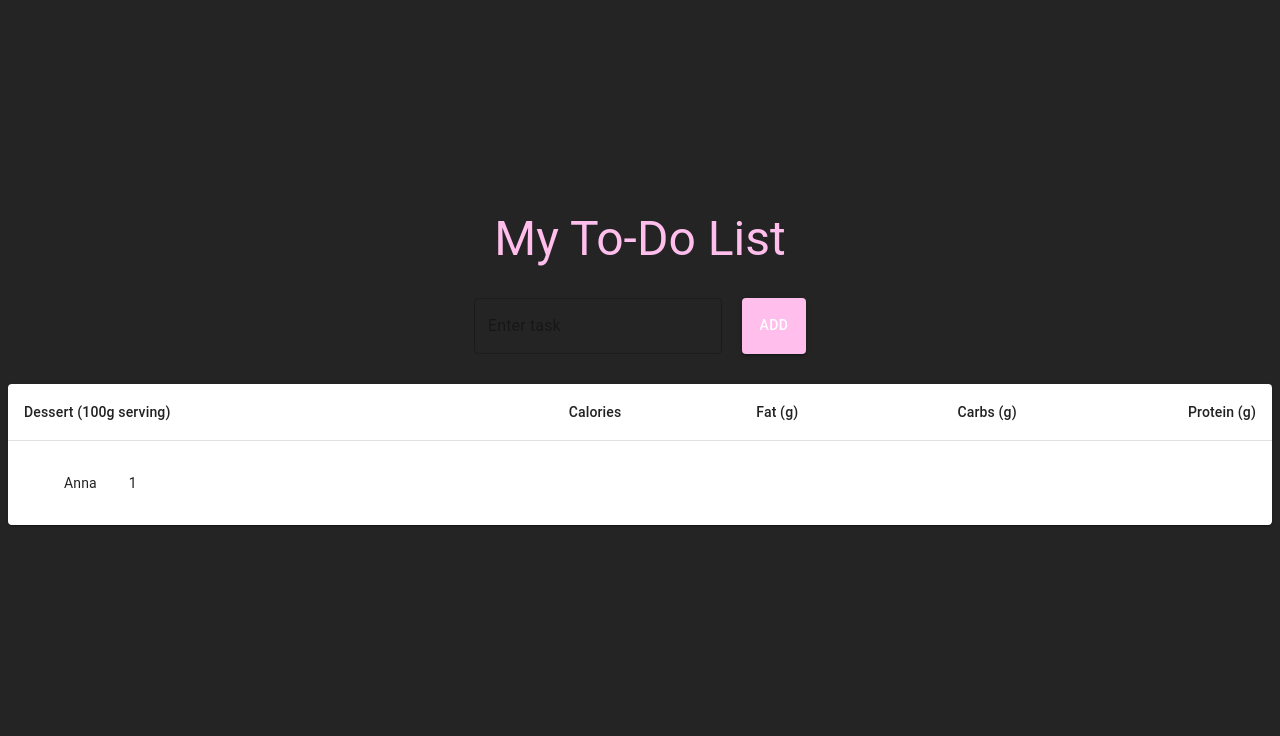
Repository: savannaaaas/ToDo_List
Page: /
These files come from the project's save history. The page is drawn as it stood at one moment and after the next save; the edit follows.
The browser window is 1280 px wide. The pictures show the whole page.
The project was rebuilt for these pictures with package versions that can differ from the ones it lists, and the page was loaded fresh each time. Also part of the build but not shown: vite.config.js.

Above is the page before, as saved 2025-08-09 01:00:59.

### src/main.jsx
import { StrictMode } from "react";
import { createRoot } from "react-dom/client";
import { TaskProvider } from "./provider/TaskProvider.jsx";
import App from "./App.jsx";
import "./index.css";

createRoot(document.getElementById("root")).render(
  <StrictMode>
    <TaskProvider>
      <App />
    </TaskProvider>
  </StrictMode>
);

### src/provider/TaskProvider.jsx
import { TaskContext } from "../context/TaskContext";
import { useState } from "react";
export const TaskProvider = ({ children }) => {
  const [tasks, setTasks] = useState(() => {
    const saved = localStorage.getItem("tasks");
    return saved
      ? JSON.parse(saved)
      : [{ id: 1, title: "Anna", isDone: false }];
  });
  return (
    <TaskContext.Provider value={{ tasks, setTasks }}>
      {children}
    </TaskContext.Provider>
  );
};

### src/App.jsx
import { Header } from "./components/Header";
import { AddTask } from "./components/AddTask";
import "./index.css";
import { ShowTasks } from "./components/ShowTasks";

function App() {
  return (
    <div className="toDo-list">
      <Header />
      <AddTask />
      <ShowTasks />
    </div>
  );
}

export default App;

### src/index.css
:root {
  font-family: system-ui, Avenir, Helvetica, Arial, sans-serif;
  line-height: 1.5;
  font-weight: 400;
  background-color: #242424;
}


.toDo-list{
  display: flex;
  flex-direction: column;
  justify-content: center;
  align-items: center;
  min-height: 100vh;
  width: 100%;
  margin: 0 auto;
  box-sizing: border-box;
  gap: 30px;
}
.form{
  display: flex;
  flex-direction: row;
  gap: 20px;
}

### src/context/TaskContext.jsx
import { createContext } from "react";
export const TaskContext = createContext();

### src/components/Header.jsx
import { Typography } from "@mui/material";
export const Header = () => {
  return (
    <Typography variant="h3" sx={{ color: "#ffbeec" }}>
      My To-Do List
    </Typography>
  );
};

### src/components/AddTask.jsx
import { Controller } from "react-hook-form";
import { useForm } from "react-hook-form";
import { schema } from "../schema/shema";
import { yupResolver } from "@hookform/resolvers/yup";
import { Button, TextField } from "@mui/material";
import { useContext } from "react";
import { TaskContext } from "../context/TaskContext";

export const AddTask = () => {
  const { tasks, setTasks } = useContext(TaskContext);
  const {
    control,
    handleSubmit,
    formState: { errors },
    reset,
  } = useForm({
    defaultValues: {
      task: "",
    },
    resolver: yupResolver(schema),
    mode: "onTouched",
  });
  const handleInputSubmit = (data) => {
    console.log(data);
    const task = {
      id: crypto.randomUUID(),
      title: data.title,
      isDone: false,
    };
    const updateTask = [...tasks, task];
    setTasks(updateTask);
    localStorage.setItem("tasks", JSON.stringify(updateTask));
    reset();
  };
  return (
    <form onSubmit={handleSubmit(handleInputSubmit)} className="form">
      <Controller
        name="task"
        control={control}
        defaultValue=""
        render={({ field }) => {
          return (
            <TextField
              {...field}
              placeholder="Enter task"
              helperText={errors.task?.message}
              error={errors.task}
              sx={{ color: "#ffbeec" }}
            />
          );
        }}
      />
      <Button
        variant="contained"
        sx={{ backgroundColor: "#ffbeec" }}
        type="submit"
      >
        Add
      </Button>
    </form>
  );
};

### src/components/ShowTasks.jsx
import { useContext } from "react";
import { TaskContext } from "../context/TaskContext";
import { Task } from "./Task";
import Table from "@mui/material/Table";
import TableBody from "@mui/material/TableBody";
import TableCell from "@mui/material/TableCell";
import TableContainer from "@mui/material/TableContainer";
import TableHead from "@mui/material/TableHead";
import TableRow from "@mui/material/TableRow";
import Paper from "@mui/material/Paper";

export const ShowTasks = () => {
  const { tasks, setTasks } = useContext(TaskContext);
  return (
    <TableContainer component={Paper}>
      <Table sx={{ minWidth: 650 }} aria-label="simple table">
        <TableHead>
          <TableRow>
            <TableCell>Dessert (100g serving)</TableCell>
            <TableCell align="right">Calories</TableCell>
            <TableCell align="right">Fat&nbsp;(g)</TableCell>
            <TableCell align="right">Carbs&nbsp;(g)</TableCell>
            <TableCell align="right">Protein&nbsp;(g)</TableCell>
          </TableRow>
        </TableHead>
        <TableBody>
          {tasks.map((task) => {
            return (
              <ul key={task.id}>
                <Task task={task} />
              </ul>
            );
          })}
        </TableBody>
      </Table>
    </TableContainer>
  );
};

### src/schema/shema.js
import * as yup from "yup";
export const schema = yup.object().shape({
  task: yup
    .string()
    .trim()
    .min(1, "The task must be more than 1 character long.")
    .required("This field is required")
    .test((value) => /^\S+$/.test(value)),
});

### src/components/Task.jsx
import TableCell from "@mui/material/TableCell";
import TableRow from "@mui/material/TableRow";

// const columns = [
//   { field: "id", headerName: "ID", width: 70 },
//   { field: "title", headerName: "Title", width: 130 },
// ];
export const Task = ({ task }) => {
  //   const rows = [
  //     {
  //       id: task.id,
  //       title: task.title,
  //     },
  //   ];

  return (
    <TableRow
      key={task.id}
      sx={{ "&:last-child td, &:last-child th": { border: 0 } }}
    >
      <TableCell component="th" scope="row">
        {task.title}
      </TableCell>
      <TableCell align="right">{task.id}</TableCell>
      <TableCell align="right">{task.isDone}</TableCell>
    </TableRow>
  );
};

Loaded but not shown: index.html (common file)

After the next save:
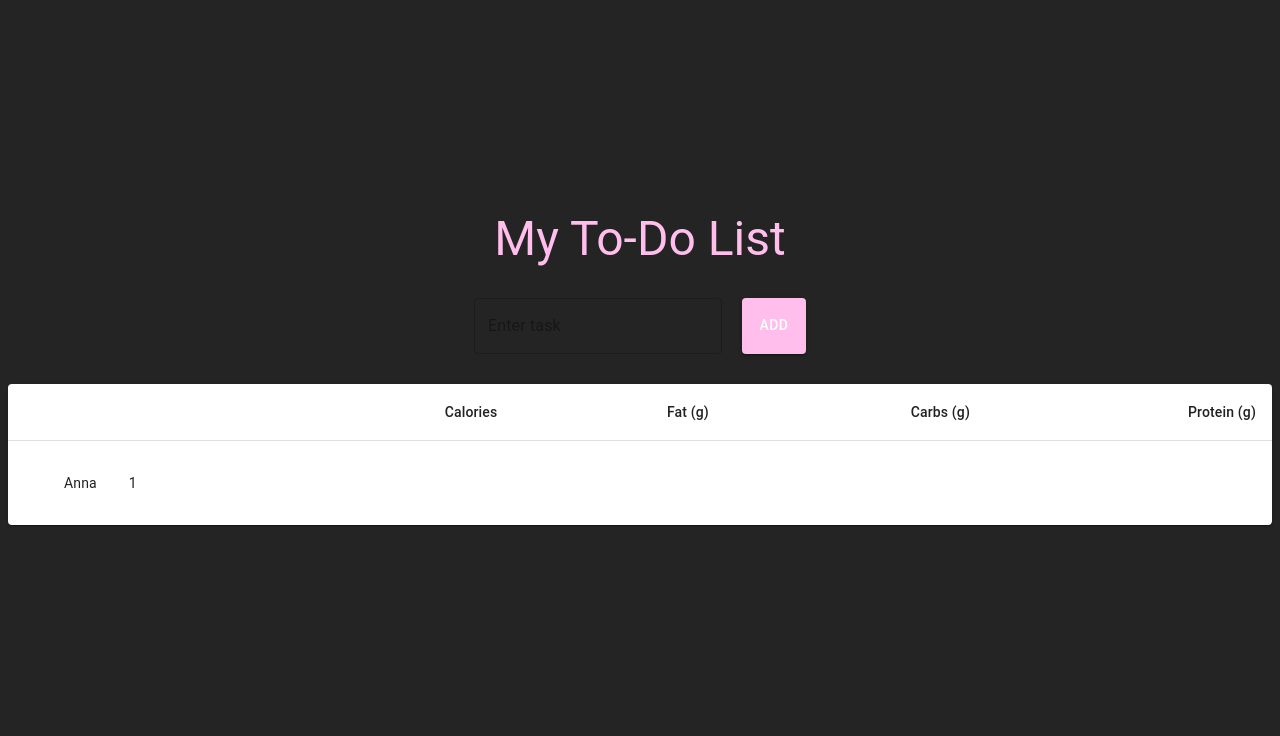
Saved 26 s later.
--- a/src/components/ShowTasks.jsx
+++ b/src/components/ShowTasks.jsx
@@ -16,7 +16,6 @@ export const ShowTasks = () => {
       <Table sx={{ minWidth: 650 }} aria-label="simple table">
         <TableHead>
           <TableRow>
-            <TableCell>Dessert (100g serving)</TableCell>
             <TableCell align="right">Calories</TableCell>
             <TableCell align="right">Fat&nbsp;(g)</TableCell>
             <TableCell align="right">Carbs&nbsp;(g)</TableCell>
